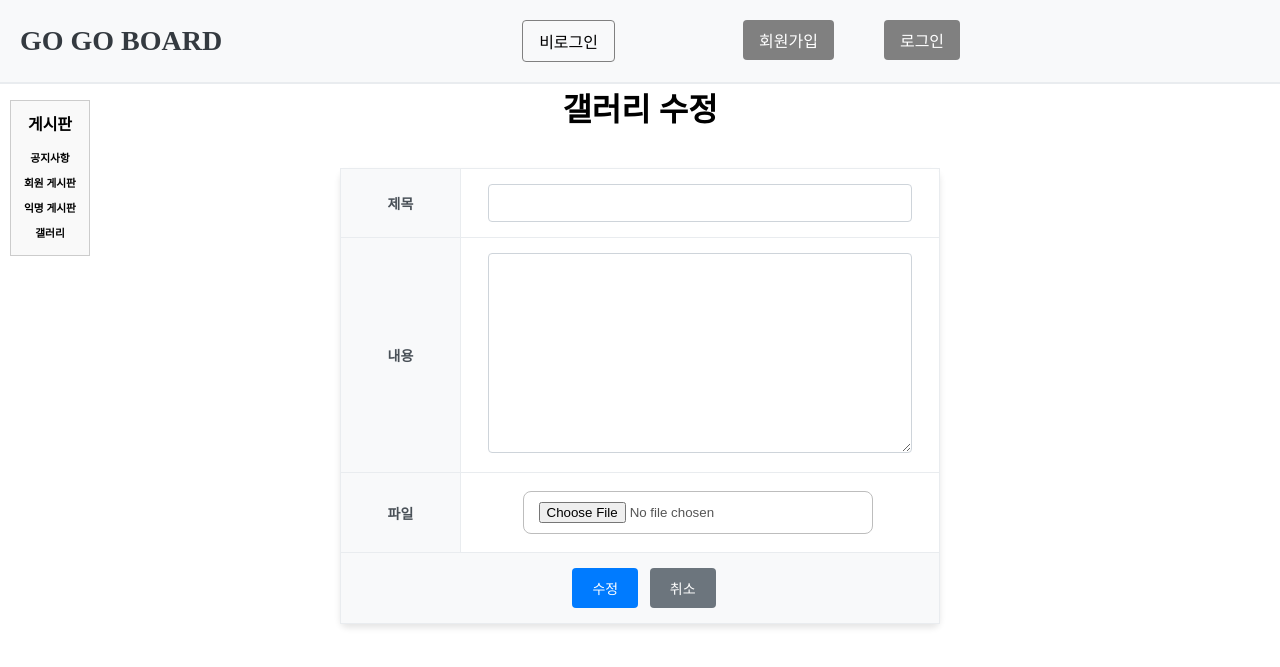
Repository: 1plus1equals3-true/Board-Project
Page: http://localhost/jsp/board/modify_gallery.jsp
These files come from the project's save history. The page is drawn as it stood at one moment and after the next save; the edit follows.
The browser window is 1280 px wide. The pictures show the whole page.
The page is served by Tomcat 9. Other server files are loaded and not shown. Queries for data that is not in the repository find no rows.

Above is the page before, as saved 2025-09-26 05:09:39.

### jsp/src/main/webapp/board/modify_gallery.jsp
<%@ page language="java" contentType="text/html; charset=UTF-8"
    pageEncoding="UTF-8"%>
<%@ page import="java.sql.*"%>
<%@ page import="java.util.Date" %>
<%@ page import="java.text.SimpleDateFormat" %>
<%@ page import="java.util.Arrays" %>
<%@ page import="lib.DB" %>
<!DOCTYPE html>
<html>
<head>
<meta charset="UTF-8">
<title>Modify</title>
<style>
*{
	margin: 0 auto;
	padding: 0;
	text-align: center;
	box-sizing: border-box;
}
.write-form table {
    width: 100%;
    border-collapse: collapse;
    font-size: 14px;
    margin: 20px auto;
    max-width: 600px;
    background-color: #fff;
    border: 1px solid #dee2e6;
    border-radius: 8px;
    box-shadow: 0 4px 6px rgba(0, 0, 0, 0.1);
}

.write-form td {
    padding: 15px;
    border: 1px solid #e9ecef;
}

.write-form td:first-child {
    background-color: #f8f9fa;
    font-weight: bold;
    color: #495057;
    text-align: center;
    width: 120px;
}

.write-form input[type="text"],
.write-form textarea {
    width: calc(100% - 24px);
    padding: 10px 12px;
    border: 1px solid #ced4da;
    border-radius: 4px;
    font-size: 14px;
    box-sizing: border-box;
    text-align: left;
}

.write-form textarea {
    height: 200px;
    resize: vertical;
}

.write-form .button-container {
    text-align: right;
}

.write-form input[type="submit"],
.write-form .btn-cancel {
    padding: 10px 20px;
    border: none;
    border-radius: 4px;
    font-size: 14px;
    cursor: pointer;
    transition: background-color 0.3s ease;
    margin-left: 8px;
}

.write-form input[type="submit"] {
    background-color: #007bff;
    color: white;
}

.write-form input[type="submit"]:hover {
    background-color: #0056b3;
}

.write-form .btn-cancel {
    background-color: #6c757d;
    color: white;
}

.write-form .btn-cancel:hover {
    background-color: #5a6268;
}

/* a 태그 안에 button을 넣었을 때 스타일 */
.write-form a {
    text-decoration: none;
}

.file-container {
  /* 세로 정렬(column) 대신 가로 정렬(row)로 변경 */
  display: flex;
  flex-direction: row;
  align-items: center; /* 세로 중앙 정렬 */
  gap: 5px; /* 요소들 사이의 간격 */

  /* 나머지 디자인 스타일은 그대로 유지 */
  padding: 3px;
  border-radius: 12px;
  background-color: white;
}

/* 파일 입력 필드 스타일 */
.file-container input[type="file"] {
  /* 너비가 너무 넓어지지 않도록 조정 */
  width: 100%;
  max-width: 350px; /* 적절한 너비로 조정하세요 */
  font-family: Arial, sans-serif;
  color: #555;
  border: 1px solid #BDBDBD;
  border-radius: 8px;
  padding: 10px 15px;
}

/* 버튼 스타일 */
.file-container button {
  padding: 10px 18px;
  font-family: Arial, sans-serif;
  font-size: 14px;
  color: #555;
  background-color: #E0E0E0;
  border: none;
  border-radius: 8px;
  cursor: pointer;
  transition: background-color 0.3s ease;
  width: fit-content;
}

/* 호버 효과 */
.file-container button:hover {
  background-color: #BDBDBD;
}

/* 기존파일 보여주는 박스 */
.file-item {
    display: flex;
    align-items: center;
    gap: 10px;
    padding: 5px 0;
}

/* 기존파일 이름 */
.file-name-display {
    flex-grow: 1;
    white-space: nowrap;
    overflow: hidden;
    text-overflow: ellipsis;
    text-align: left;
}

/* 기존파일 삭제버튼 */
.file-delete-btn {
	width: 20px;            /* 너비 지정 */
    height: 20px;           /* 높이 지정 (정사각형) */
    padding: 0;             /* 내부 여백 제거 */
    border: 1px solid #e0baba; /* 옅은 테두리 추가 */
    border-radius: 50%;     /* 원형으로 만듬 */
    background: #ffebeb;    /* 배경색 지정 */
    color: #cc4c4c;         /* 아이콘(X) 색상 지정 */
    font-size: 12px;        /* 아이콘(X) 크기 조절 */
    line-height: 18px;      /* 텍스트(X)를 세로 중앙에 정렬 */
    text-align: center;     /* 텍스트(X)를 가로 중앙에 정렬 */
    cursor: pointer;        /* 마우스 오버 시 포인터 변경 */
    flex-shrink: 0;
}

.file-delete-btn:hover {
	background: #ffdede; /* 배경색 살짝 어둡게 */
    color: #a03c3c;         /* 아이콘 색상 진하게 */
    border-color: #cc4c4c;
}
</style>
</head>
<body>
<%
String idx = request.getParameter("idx");

Connection conn=null;
Statement st = null;
ResultSet rs = null;
String sql = null;

try{
    conn = DB.getConnection();

   sql = " SELECT b.idx, b.title, b.content, b.ip, b.uid, b.boardtype, g.* FROM board b LEFT JOIN board_gallery g ON b.idx = g.bidx where b.idx = '"+idx+"' ";

   st = conn.createStatement();
   rs = st.executeQuery(sql);

  }catch(Exception e){
    e.printStackTrace();
    out.println(sql);
 }
String uid = "";
String title = "";
String content = "";
String ip = "";
String originalfile[] = new String[10];
String boardtype = "";
int i=0;
while (rs.next()) {

	title = rs.getString("title");
	content = rs.getString("content");
	ip = rs.getString("ip");
	uid = rs.getString("uid");
	originalfile[i] = rs.getString("originalfile");
	boardtype = rs.getString("boardtype");
	i++;
}
%>

<%@ include file="op_top.jsp" %>
<%@ include file="../include/side_nav.jsp" %>

<%

if (login_rank == 9) {

}else if (0 < login_rank && login_rank < 9) {
	if(login_id == null || !login_id.equals(uid)) {
		if (boardtype.equals("1") || boardtype.equals("0")) {
			%>
			<script>
			alert("권한 없음");
			location.replace("view.jsp?idx=<%= idx %>");
			</script>
			<%
			return;
		}
	}
}else {
	if (boardtype.equals("1") || boardtype.equals("0")) {
		%>
		<script>
		alert("권한 없음");
		location.replace("view.jsp?idx=<%= idx %>");
		</script>
		<%
		return;
	}
}

%>

<h1>갤러리 수정</h1><br>
<form name="modify_form" action="modify_proc.jsp" method="post" enctype="multipart/form-data" class="write-form">
	<input type="hidden" name="idx" value="<%= idx %>">
	<input type="hidden" name="ip" value="<%= ip %>">
	<table>

		<tr>
			<td>제목</td>
			<td><input type="text" name="writetitle" value="<%= title %>"></td>
		</tr>

		<tr>
			<td>내용</td>
			<td>
				<textarea class="text" name="writetext"><%= content %></textarea>
			</td>
		</tr>

		<tr>
			<td>파일</td>
			<td>



			<div id="keep_file">
			<%
				for (int j=0; j<i; j++) {
			%>
					<div class="file-item">
						<button type="button" class="file-delete-btn">X</button>
						<span class="file-name-display">기존 파일 : <%= originalfile[j] %></span>
						<input type="hidden" name="keep_file_<%= j %>" value="keep_file_<%= j %>">
					</div>
			<%
				}
			%>
			</div>

			<div id="del_file">

			</div>

			<div id="file_container_0" class="file-container">
			    	<input type="file" name="upfile_0" id="upfile_0" accept=".gif, .jpg, .png"><br>
			</div>

			</td>
		</tr>

		<tr>
			<td colspan="2">
				<input type="submit" value="수정">
				<a href="view.jsp?idx=<%= idx %>"><button type="button" class="btn-cancel">취소</button></a>
			</td>
		</tr>

	</table>
</form>

<script>
// X버튼 누르면 기존 파일 삭제하는 기믹
document.addEventListener('DOMContentLoaded', function() {
    // 1. 모든 'X' 버튼 선택
    const deleteButtons = document.querySelectorAll('#keep_file .file-delete-btn');

    // 2. 삭제된 파일을 모아둘 컨테이너 선택
    const deletedFilesContainer = document.getElementById('del_file');

    // 3. 각 버튼에 클릭 이벤트 리스너 등록
    deleteButtons.forEach(button => {
        button.addEventListener('click', function() {

            // ⭐ 4. 사용자에게 삭제 여부를 확인합니다.
            const isConfirmed = confirm("이 파일을 삭제하시겠습니까?");

            // 사용자가 '확인'을 눌렀을 때만 처리합니다.
            if (isConfirmed) {
                // A. 가장 가까운 .file-item 요소를 찾습니다.
                const fileItem = this.closest('.file-item');

                if (fileItem) {
                    // B. file-item 내부에 있는 input[type=hidden] 요소를 찾습니다.
                    const hiddenInput = fileItem.querySelector('input[type="hidden"]');

                    if (hiddenInput) {
                        // C. 서버에서 '삭제할 파일' 목록으로 인식하도록 name을 변경합니다.
                        hiddenInput.name = 'deleted_files';

                        // D. hidden input을 #del_file 컨테이너로 이동시킵니다.
                        deletedFilesContainer.appendChild(hiddenInput);
                    }

                    // E. 파일 항목 (시각적인 부분)을 DOM에서 완전히 제거합니다.
                    fileItem.remove();

                    console.log('파일 삭제 및 hidden input 이동 완료.');
                }
            } else {
                // 사용자가 '취소'를 누른 경우
                console.log('파일 삭제가 취소되었습니다.');
            }
        });
    });
});
</script>

</body>
</html>

### jsp/src/main/webapp/board/op_top.jsp
<%@ page language="java" contentType="text/html; charset=UTF-8"
    pageEncoding="UTF-8"%>
<%@ page import="java.sql.*" %>
<%@ page import="lib.DB" %>
<%
String login_id = "";
login_id = (String)session.getAttribute("ss_check");
String login_idx = "";
String login_name = "";
String login_upfile = "";
int login_rank = -1;

if(login_id == null || login_id.equals("") || login_id.equals("null")) {
}else {
	String sqll = null;
	Connection connl =null;
	PreparedStatement psl = null;
	ResultSet rsl = null;

	try {

		connl = DB.getConnection();

		sqll = "SELECT * FROM member WHERE uid=?";
		psl = connl.prepareStatement(sqll);
		psl.setString(1, login_id);

		rsl = psl.executeQuery();
		rsl.next();

		login_idx = rsl.getString("idx");
		login_name = rsl.getString("name");
		login_upfile = rsl.getString("upfile");
		login_rank = rsl.getInt("member_rank");

	}catch (Exception e) {
		out.println(e.toString());
		out.println(sqll);
	}
}

if (login_rank == 0) {
	%> <script type="text/javascript">
		alert("비활성화된 회원입니다.");
		location.replace("../member/Login.jsp")
	</script> <%
	session.removeAttribute("ss_check");
	return;
}

%>

<style>
.min-height {
	min-height: 80vh;
}
*{
	margin: 0 auto;
	padding: 0;
	text-align: center;
	box-sizing: border-box;
}
.board-header {
    background-color: #f8f9fa;
    border-bottom: 2px solid #e9ecef;
    padding: 20px;
    display: flex;
    justify-content: space-between;
    align-items: center;
    width: 100%;
    min-height: 10vh;
    margin: 0 auto;
}

.board-header h1 {
    font-size: 28px;
    color: #343a40;
    margin: 0;
    font-weight: bold;
    text-align: left;
}

.board-header h1 a {
	font-size: 28px;
    color: #343a40;
    margin: 0;
    font-weight: bold;
    text-decoration: none;
}

.board-header nav ul {
    list-style: none;
    padding: 0;
    margin: 0;
    display: flex;
    gap: 50px;
    text-align: right;
}

.board-header nav li a {
    text-decoration: none;
    /*color: #495057;*/
    font-size: 16px;
    font-weight: 500;
    transition: color 0.3s ease;
}

header img {
	width: 40px;
    height: 40px;
    border-radius: 4px;
    border: 1px solid #ced4da;
}

.logout-btn {
    display: inline-block;
    padding: 8px 16px;
    border: none;
    border-radius: 4px;
    background-color: gray;
    color: white;
    cursor: pointer;
    text-decoration: none;
    transition: background-color 0.3s ease;
}
.logout-btn:hover {
    background-color: #dc3545;
}

.mypage-btn {
    display: inline-block;
    padding: 8px 16px;
    border: none;
    border-radius: 4px;
    background-color: gray;
    color: white;
    cursor: pointer;
    text-decoration: none;
    transition: background-color 0.3s ease;
}
.mypage-btn:hover {
    background-color: #007bff;
}

.user-info {
    display: inline-block;
    padding: 8px 16px;
    border: 1px solid gray;
    border-radius: 4px;
    color: black;
    font-size: 16px;
    font-weight: 500;
    transition: background-color 0.3s ease;
}


</style>
<% if(login_id == null || login_id.equals("") || login_id.equals("null")) { %>
<header class="board-header">
    <h1><a href="../board_proc/main_proc.jsp">GO GO BOARD</a></h1>
    <nav>
        <ul>
            <li><span class="user-info">비로그인</span></li>
            <li> &nbsp; &nbsp; &nbsp; &nbsp; </li>
            <li><a href="../member/Join.jsp" class="mypage-btn">회원가입</a></li>
            <li><a href="../member/Login.jsp" class="mypage-btn">로그인</a></li>
        </ul>
    </nav>
</header>
<% }else { %>
<header class="board-header">
    <h1><a href="../board_proc/main_proc.jsp">GO GO BOARD</a></h1>
    <nav>
        <ul>
            <li><span class="user-info">이름 : <%= login_name %></span></li>
            <% if (login_upfile == null || login_upfile.equals("")) { %>
            	<li> &nbsp; &nbsp; &nbsp; &nbsp; </li>
            <% }else { %>
            	<li><img alt="X" src="../member/Download.jsp?uid=<%= login_id %>"></li>
            <% } %>
            <li><a href="../member/View.jsp?uid=<%= login_id %>" class="mypage-btn">마이페이지</a></li>
            <li><a href="../member/Logout.jsp" class="logout-btn">로그아웃</a></li>
        </ul>
    </nav>
</header>
<% } %>

### jsp/src/main/webapp/include/side_nav.jsp
<%@ page language="java" contentType="text/html; charset=UTF-8" pageEncoding="UTF-8"%>
<style>
.side-nav {
  /* fixed 속성으로 뷰포트에 바로 고정 */
  position: fixed;
  /* 뷰포트 상단에서 20px 떨어진 곳에 고정 */
  top: 100px;
  /* 뷰포트 왼쪽에서 20px 떨어진 곳에 고정 */
  left: 10px;
  width: 80px;
  height: fit-content;
  border: 1px solid #ccc;
  padding: 10px;
  background-color: #f9f9f9;
  z-index: 10;
}

.side-nav h6 {
  margin-top: 0;
}

.side-nav h4 {
  margin-top: 0;
  margin-bottom: 10px;
}

.side-nav ul {
  list-style-type: none;
  margin: 0;
  padding: 0;
}

.side-nav li {
  padding: 5px 0;
}
.side-nav a {
	color: black;
	text-decoration: none;
}
.side-nav a:hover {
	color: blue;
}
</style>

<div class="side-nav">
	<h4>게시판</h4>
	<ul>
		<li><h6><a href="../board/list_notice.jsp">공지사항</a></h6></li>
		<li><h6><a href="../board/list_member.jsp">회원 게시판</a></h6></li>
		<li><h6><a href="../board/list_anonymity.jsp">익명 게시판</a></h6></li>
		<li><h6><a href="../board/list_gallery.jsp">갤러리</a></h6></li>
	</ul>
</div>

<script>
    const draggableDiv = document.querySelector('.side-nav');
    let isDragging = false;
    let offsetX, offsetY;

    // 1. 페이지 로드 시 저장된 위치를 불러와 적용
    document.addEventListener('DOMContentLoaded', () => {
        // sessionStorage에서 위치 값 가져오기
        const savedTop = sessionStorage.getItem('sideNavTop');
        const savedLeft = sessionStorage.getItem('sideNavLeft');

        if (savedTop && savedLeft) {
            draggableDiv.style.top = savedTop + 'px';
            draggableDiv.style.left = savedLeft + 'px';
        }
    });

    // 2. 마우스를 누른 순간 (mousedown)
    draggableDiv.addEventListener('mousedown', (e) => {
        isDragging = true;
        offsetX = e.clientX - draggableDiv.getBoundingClientRect().left;
        offsetY = e.clientY - draggableDiv.getBoundingClientRect().top;

        document.body.style.userSelect = 'none';
        draggableDiv.style.zIndex = '9999';
    });

    // 3. 마우스가 이동 중일 때 (mousemove)
    document.addEventListener('mousemove', (e) => {
        if (!isDragging) return;

        let newX = e.clientX - offsetX;
        let newY = e.clientY - offsetY;

        // 뷰포트 경계를 넘지 않도록 위치 제한
        const maxX = window.innerWidth - draggableDiv.offsetWidth;
        const maxY = window.innerHeight - draggableDiv.offsetHeight;
        newX = Math.max(0, Math.min(newX, maxX));
        newY = Math.max(0, Math.min(newY, maxY));

        draggableDiv.style.left = newX + 'px';
        draggableDiv.style.top = newY + 'px';
    });

    // 4. 마우스를 떼는 순간 (mouseup)
    document.addEventListener('mouseup', () => {
        isDragging = false;
        document.body.style.userSelect = '';
        draggableDiv.style.zIndex = '10';

        // 마지막으로 이동된 위치를 sessionStorage에 저장
        sessionStorage.setItem('sideNavTop', parseInt(draggableDiv.style.top));
        sessionStorage.setItem('sideNavLeft', parseInt(draggableDiv.style.left));
    });
</script>

### jsp/src/main/java/lib/DB.java
package lib;

import java.net.URLDecoder;
import java.net.URLEncoder;
import java.nio.charset.StandardCharsets;
import java.sql.*;

public class DB {

   public static Connection getConnection() throws Exception{

      String jdbcUrl = "jdbc:mysql://localhost:3306/jsp_db";
      String dbId = "user"; // 설정된 id
      String dbPass = "1234"; // 설정된 password

      Class.forName("com.mysql.cj.jdbc.Driver");
      Connection con = DriverManager.getConnection(jdbcUrl,dbId ,dbPass);

      return con;
   }

   public static String  Encoder(String text) {
	   if (text != null){
			try{
				return URLEncoder.encode(text, StandardCharsets.UTF_8);
			}catch(Exception e){
				e.printStackTrace();
				return "";
			}
		}else {
			return "";
		}
   }

   public static String  Decoder(String text) {
	   if (text != null){
			try{
				return URLDecoder.decode(text, StandardCharsets.UTF_8);
			}catch(Exception e){
				e.printStackTrace();
				return "";
			}
		}else {
			return "";
		}
   }

   public static String errMsg(String alert, String loc) {
	   if(loc.equals("back")) {
		   return "<script> alert(\""+alert+"\"); history.back(); </script>";
	   }
	   return "<script> alert(\""+alert+"\"); location.replace(\""+loc+"\"); </script>";
   }
}

After the next save:
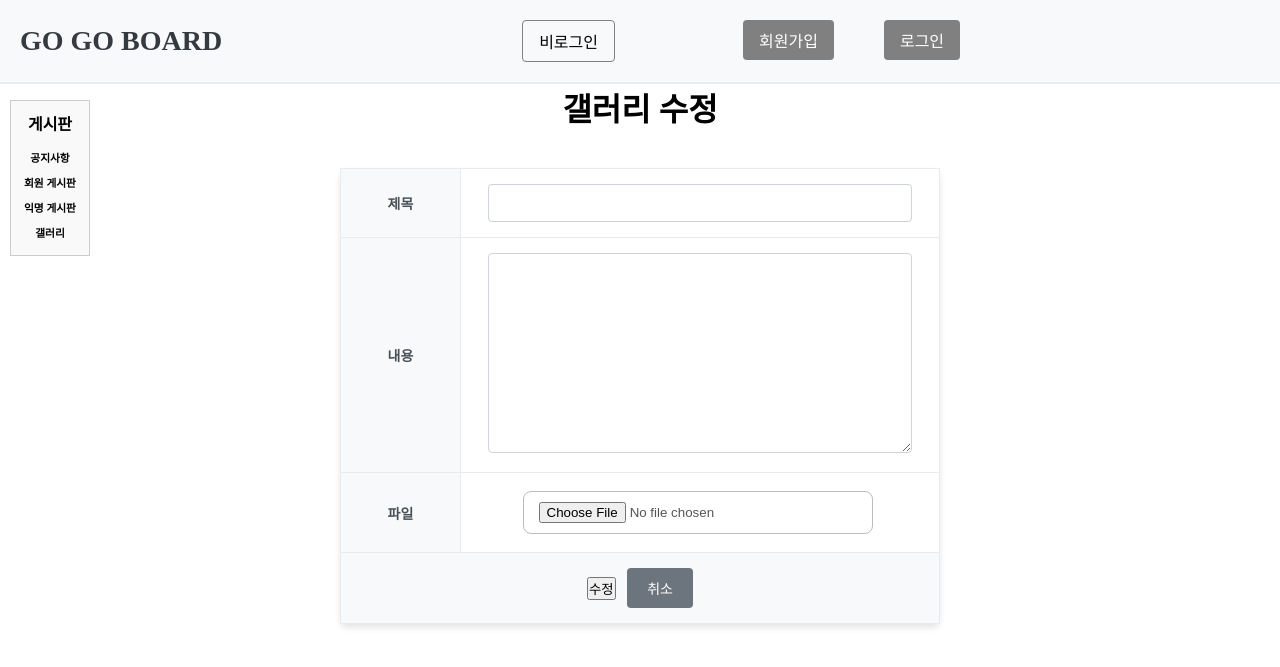
Saved 101 s later.
--- a/jsp/src/main/webapp/board/modify_gallery.jsp
+++ b/jsp/src/main/webapp/board/modify_gallery.jsp
@@ -304,7 +304,7 @@ if (login_rank == 9) {
 
 		<tr>
 			<td colspan="2">
-				<input type="submit" value="수정">
+				<input type="button" class="modify_sub" value="수정" onclick="gallery_modify_submit()">
 				<a href="view.jsp?idx=<%= idx %>"><button type="button" class="btn-cancel">취소</button></a>
 			</td>
 		</tr>
